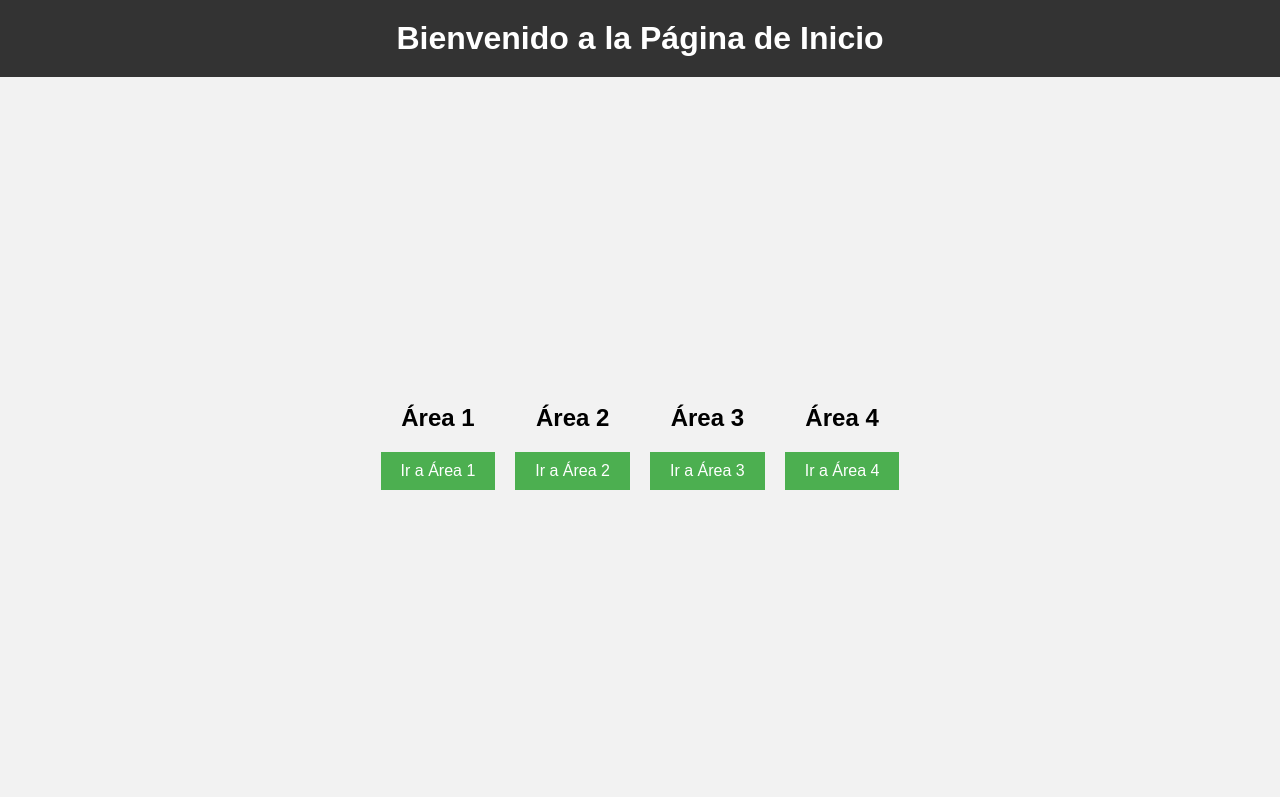
Repository: iDiv3r/MexiQuimicosIsay
Page: Inicio.html
An editor plug-in stored every save of this project. The page is shown before and after the next save, followed by the edit.
The browser window is 1280 px wide. The pictures show the whole page.

Above is the page before, as saved 2023-11-26 17:13:24.

### Inicio.html
<!DOCTYPE html>
<html>
<head>
  <title>Página de Inicio</title>
  <link rel="stylesheet" href="css/Inicio.css">
</head>
<body>
  <h1>Bienvenido a la Página de Inicio</h1>
  <div id="contenedor">
  <div class="Btn1">
    <h2>Área 1</h2>
    <button onclick="location.href='/ruta/area1.html'">Ir a Área 1</button>
  </div>

  <div class="Btn2">
    <h2>Área 2</h2>
    <button onclick="location.href='/ruta/area2.html'">Ir a Área 2</button>
  </div>

  <div class="Btn3">
    <h2>Área 3</h2>
    <button onclick="location.href='/ruta/area3.html'">Ir a Área 3</button>
  </div>

  <div class="Btn4">
    <h2>Área 4</h2>
    <button onclick="location.href='/ruta/area4.html'">Ir a Área 4</button>
  </div>
</div>
</body>
</html>

### css/Inicio.css

body {
  margin: 0;
  padding: 0;
  font-family: Arial, sans-serif;
  background-color: #f2f2f2;
}

h1 {
  text-align: center;
  padding: 20px;
  background-color: #333;
  color: #fff;
  margin: 0;
}

#contenedor {
  display: flex;
  justify-content: center;
  align-items: center;
  height: 100vh;
}

.Btn1,
.Btn2,
.Btn3,
.Btn4 {
  text-align: center;
  margin: 10px;
}

button {
  padding: 10px 20px;
  font-size: 16px;
  background-color: #4caf50;
  color: #fff;
  border: none;
  cursor: pointer;
}

button:hover {
  background-color: #45a049;
}

After the next save:
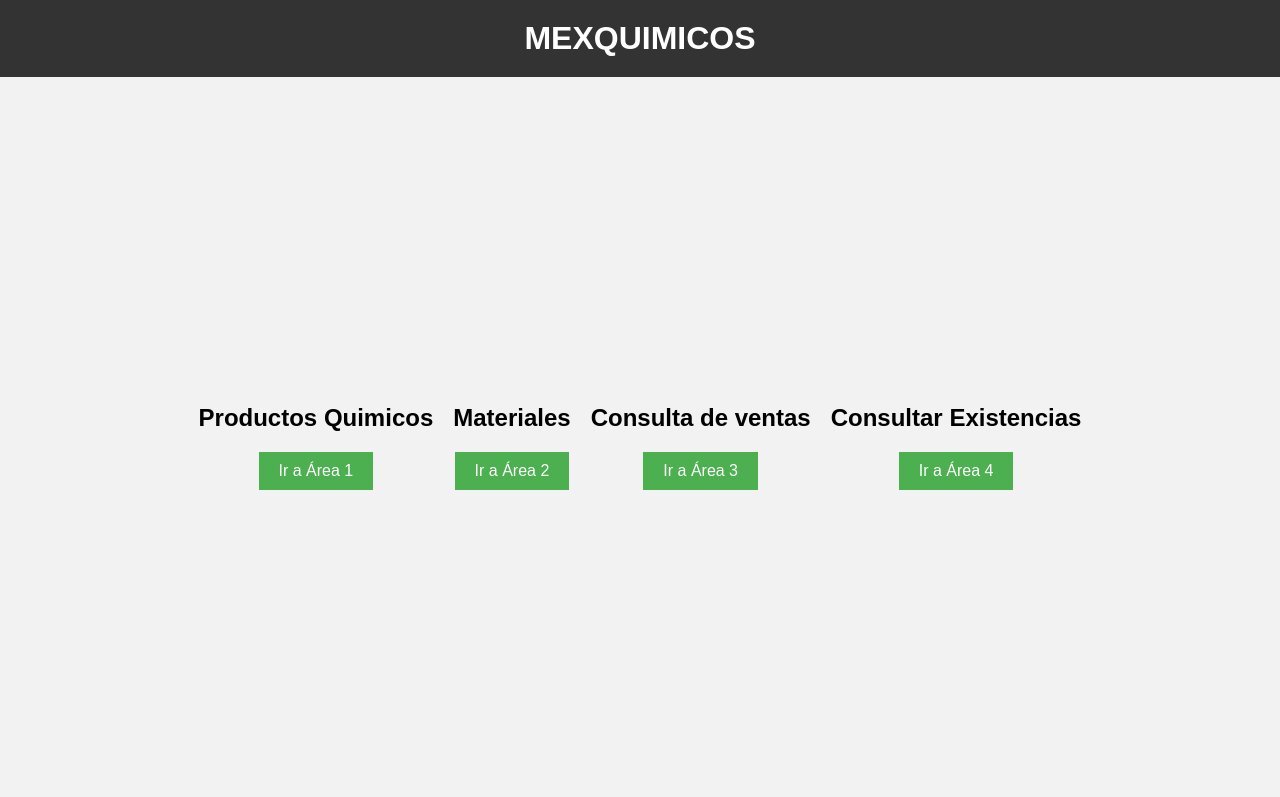
Saved 59 s later.
--- a/Inicio.html
+++ b/Inicio.html
@@ -5,25 +5,25 @@
   <link rel="stylesheet" href="css/Inicio.css">
 </head>
 <body>
-  <h1>Bienvenido a la Página de Inicio</h1>
+  <h1>MEXQUIMICOS</h1>
   <div id="contenedor">
   <div class="Btn1">
-    <h2>Área 1</h2>
+    <h2>Productos Quimicos</h2>
     <button onclick="location.href='/ruta/area1.html'">Ir a Área 1</button>
   </div>
 
   <div class="Btn2">
-    <h2>Área 2</h2>
+    <h2>Materiales</h2>
     <button onclick="location.href='/ruta/area2.html'">Ir a Área 2</button>
   </div>
 
   <div class="Btn3">
-    <h2>Área 3</h2>
+    <h2>Consulta de ventas</h2>
     <button onclick="location.href='/ruta/area3.html'">Ir a Área 3</button>
   </div>
 
   <div class="Btn4">
-    <h2>Área 4</h2>
+    <h2>Consultar Existencias</h2>
     <button onclick="location.href='/ruta/area4.html'">Ir a Área 4</button>
   </div>
 </div>
